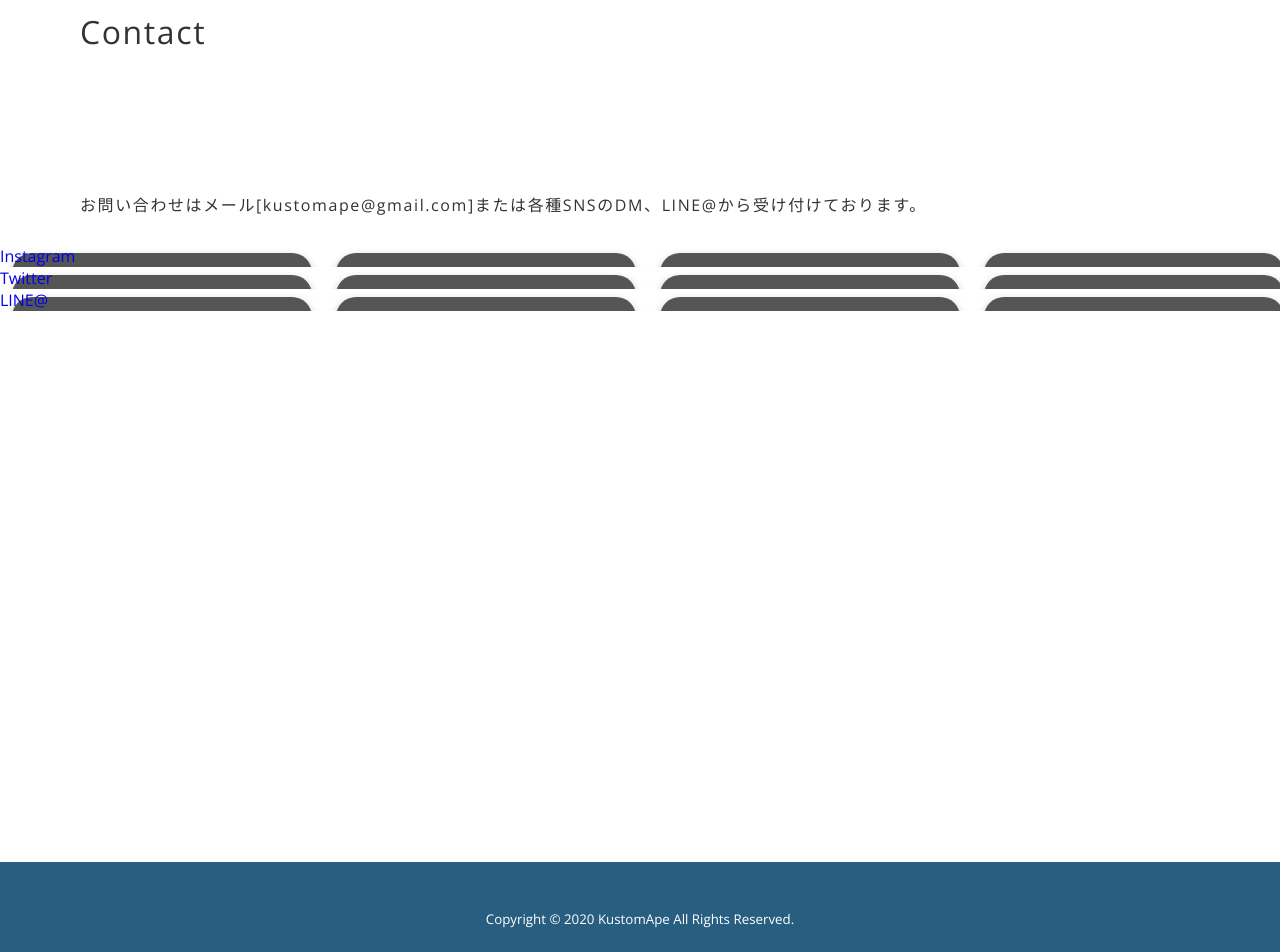
Repository: AirDepot/web
Page: index.html
These files come from the project's save history. The page is drawn as it stood at one moment and after the next save; the edit follows.
The browser window is 1280 px wide. The pictures show the part of the page from y = 4718 to 5670 px (the page is 5692 px tall).
A picture or video elsewhere on the page could not be fetched, so the positions and the page height are approximate.

Above is the page before, as saved 2020-02-12 19:23:38.

After the next save:
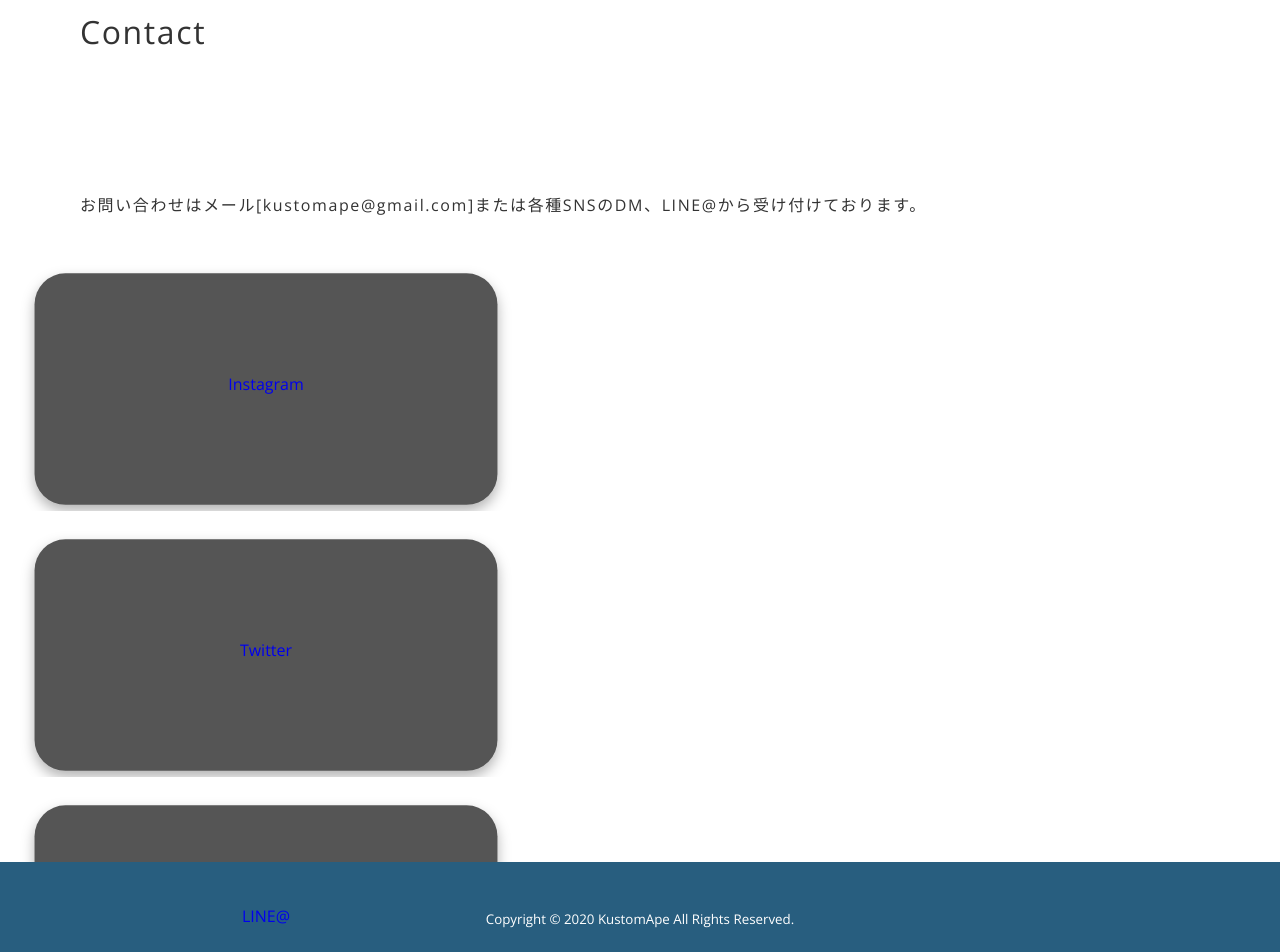
Saved 17 s later.
--- a/assets/css/common.css
+++ b/assets/css/common.css
@@ -201,6 +201,16 @@ div#contact p#kustomape_contact {
 
 div.btn {
     background: url('../img/contact_bg.svg');
+    background-position: center top;
+    background-repeat: no-repeat;
+    background-size: cover;
+    width: 500px;
+    height: 250px;
+    color: #fff;
+    font-weight: 100;
+    text-align: center;
+    padding: 7rem 0;
+    margin: 1rem;
 }
 
 
